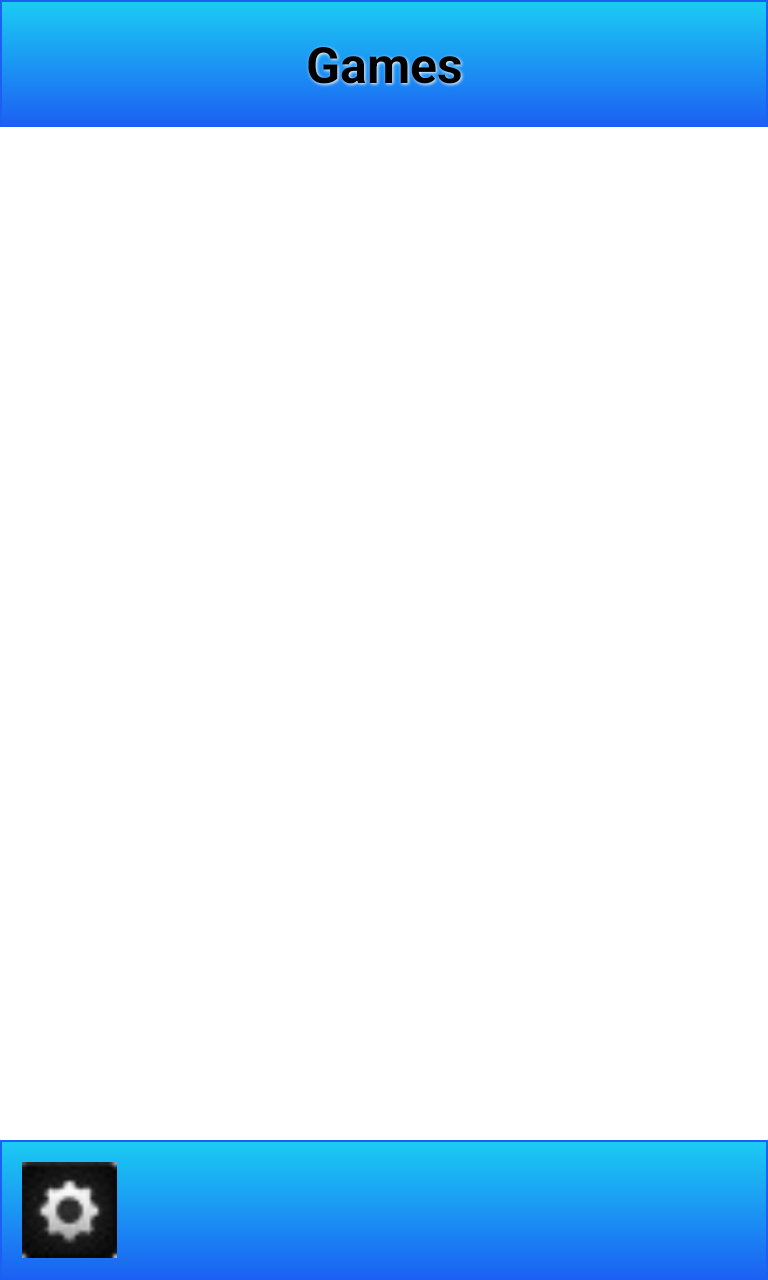
Repository: yuanpeixin/Project
Layout: GameForum/res/layout/game_list.xml
These files come from the project's save history. The layout is drawn as it stood at one moment and after the next save; the edit follows.
It is drawn on a 768 x 1280 px phone screen (xhdpi) without system bars, with theme AppTheme; the app's code is not run. Lists and similar views that code fills are empty.

Above is the layout before, as saved 2015-10-07 04:23:00.

After the next save:
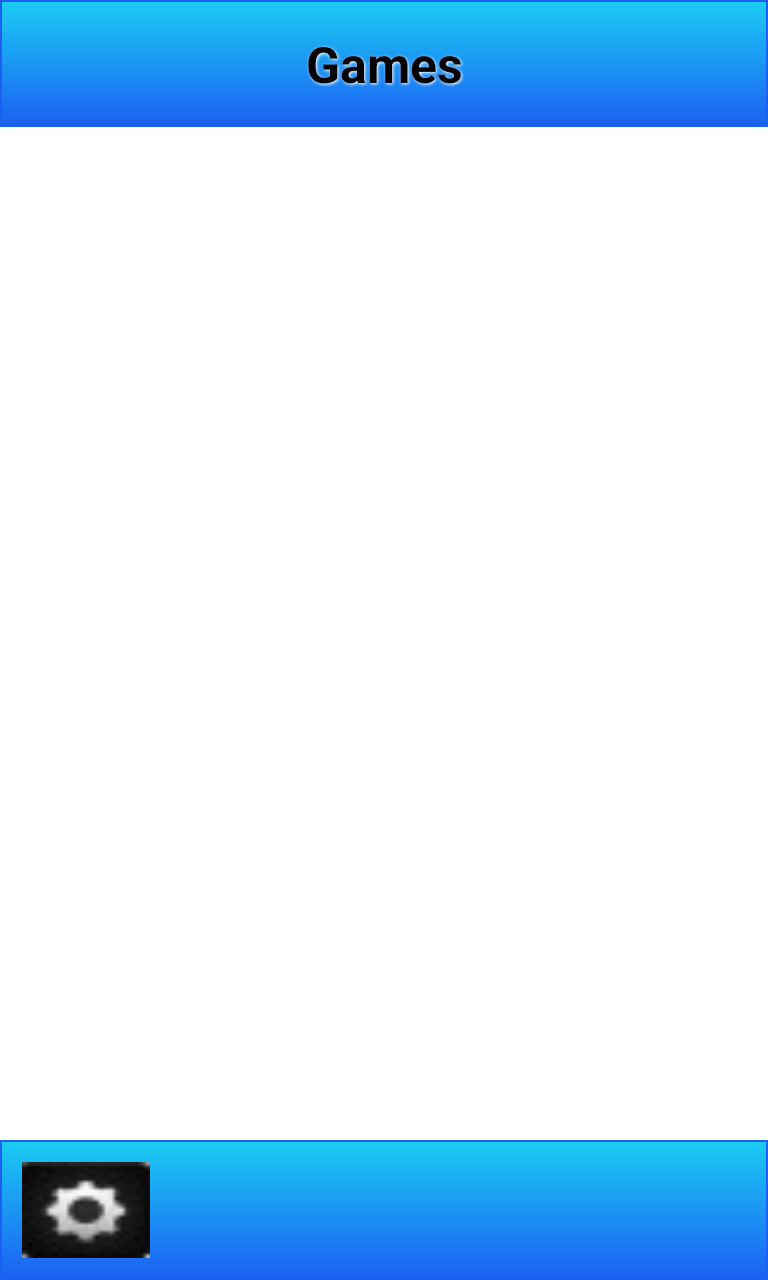
Saved 12 s later.
--- a/GameForum/res/layout/game_list.xml
+++ b/GameForum/res/layout/game_list.xml
@@ -41,7 +41,7 @@
         android:layout_alignParentLeft="true"
         android:background="@drawable/blue_gradient"
         android:orientation="horizontal"
-        android:weightSum="4" >
+        android:weightSum="2" >
 
         <LinearLayout
             android:layout_width="wrap_content"
@@ -58,12 +58,7 @@
                 android:background="@drawable/setting" />
         </LinearLayout>
 
-        <LinearLayout
-            android:layout_width="match_parent"
-            android:layout_height="fill_parent"
-            android:layout_weight="2"
-            android:orientation="vertical" >
-        </LinearLayout>
+
 
         <LinearLayout
             android:layout_width="wrap_content"
